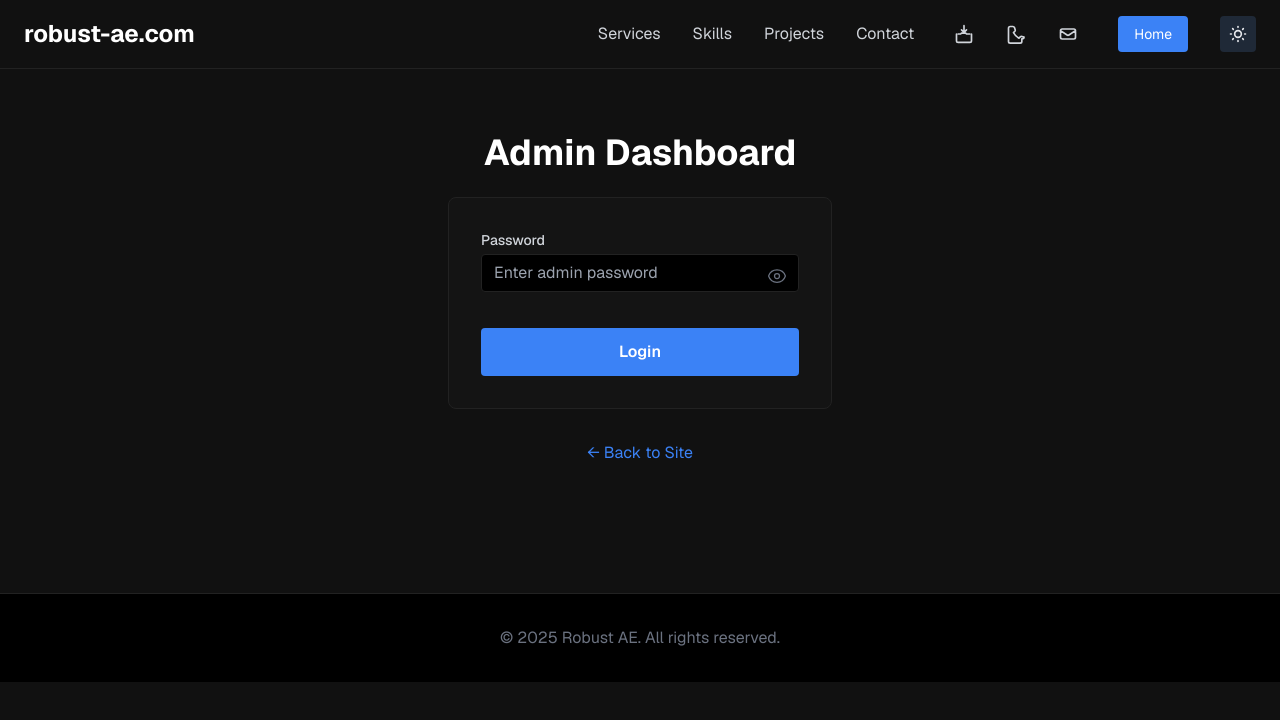
Repository: b0ase/robust-ae.com
Page: /admin
The author's editor kept a copy of each file at every save. The page is drawn from the files as they stood at one save, then again after the next save.
The browser window is 1280 px wide. The pictures show the whole page.
The page's requests for data from a server got no answer. The project was rebuilt for these pictures with package versions that can differ from the ones it lists, and the page was loaded fresh each time. The framework's server and built-in components were replaced by stand-ins that run in the browser. No one was signed in, and anything a server would have sent is missing. Also part of the build but not shown: next.config.ts.

Above is the page before, as saved 2025-05-05 16:36:47.

### src/app/layout.tsx
import type { Metadata } from "next";
import { Geist, Geist_Mono, Roboto_Mono } from "next/font/google";
import "./globals.css";
// import Providers from "./providers"; // Ensure this import is removed or commented out

const geistSans = Geist({
  variable: "--font-geist-sans",
  subsets: ["latin"],
});

const geistMono = Geist_Mono({
  variable: "--font-geist-mono",
  subsets: ["latin"],
});

const robotoMono = Roboto_Mono({
  variable: "--font-roboto-mono",
  subsets: ["latin"],
  weight: ["400", "700"]
});

export const metadata: Metadata = {
  title: "Robust AE - Automation & Embedded Systems",
  description: "Robust AE Ltd offers expert embedded systems development, industrial automation solutions, and prototyping services.",
};

export default function RootLayout({
  children,
}: Readonly<{
  children: React.ReactNode;
}>) {
  return (
    <html lang="en">
      {/* Ensure no Provider wrapper here */}
      <body className={`${geistSans.variable} ${geistMono.variable} ${robotoMono.variable} antialiased`}>
        {children}
      </body>
    </html>
  );
}

### src/app/admin/layout.tsx
import SharedLayout from '../shared-layout';

export default function AdminLayout({ children }: { children: React.ReactNode }) {
  // You might want to add admin-specific checks or context here later
  return <SharedLayout>{children}</SharedLayout>;
}

### src/app/globals.css
@tailwind base;
@tailwind components;
@tailwind utilities;

/* Custom styles below */
:root {
  --background: #000000;  /* Pure black background */
  --foreground: #ffffff;
}

/* Override default dark mode preferences */
@media (prefers-color-scheme: dark) {
  :root {
    --background: #000000;
    --foreground: #ffffff;
  }
}

body {
  background: var(--background);
  color: var(--foreground);
  font-family: var(--font-geist-sans, Arial, Helvetica, sans-serif);
}

/* Custom link styling */
a {
  transition: color 0.2s ease;
}

/* Custom blue accent color to match b0ase.com */
.accent-blue {
  color: #0141ff;
}

/* Service card styling */
.service-card {
  transition: transform 0.2s ease, box-shadow 0.2s ease;
}

.service-card:hover {
  transform: translateY(-3px);
}

### src/app/shared-layout.tsx
"use client"; // Mark as Client Component for theme state

import React, { useState, useEffect } from 'react';
import Link from 'next/link';

// This component defines the shared structure (header, footer, theme)
export default function SharedLayout({ children }: { children: React.ReactNode }) {
  // State for theme management - default to dark to match b0ase.com
  const [theme, setTheme] = useState('dark');

  // Effect to apply theme class and set initial state
  useEffect(() => {
    if (theme === 'dark') {
      document.documentElement.classList.add('dark');
    } else {
      document.documentElement.classList.remove('dark');
    }
    // Optional: Save theme preference to localStorage if needed
  }, [theme]);

  // Function to toggle theme
  const toggleTheme = () => {
    setTheme(theme === 'light' ? 'dark' : 'light');
  };

  return (
    <div className="bg-b0ase-dark text-gray-300 min-h-screen">
      {/* Header Section */}
      <header className="sticky top-0 z-50 bg-b0ase-dark border-b border-b0ase-card-border">
        <nav className="container mx-auto px-6 py-4 flex justify-between items-center">
          <div>
            <Link href="/newsite" className="text-2xl font-bold font-[var(--font-roboto-mono)] text-white hover:text-b0ase-blue transition-colors">
              robust-ae.com
            </Link>
          </div>
          <div className="flex items-center space-x-8">
            <Link href="#services" className="text-gray-300 hover:text-white">Services</Link>
            <Link href="#skills" className="text-gray-300 hover:text-white">Skills</Link>
            <Link href="#projects" className="text-gray-300 hover:text-white">Projects</Link>
            <Link href="#contact" className="text-gray-300 hover:text-white">Contact</Link>

            {/* Icon links */}
            <div className="flex items-center space-x-4">
              {/* Download CV icon */}
              <a href="/images/logos/George_Haworth_CV_23042025.pdf" download className="p-2 rounded hover:text-white" title="Download CV">
                <svg xmlns="http://www.w3.org/2000/svg" className="h-5 w-5" fill="none" viewBox="0 0 24 24" stroke="currentColor">
                  <path strokeLinecap="round" strokeLinejoin="round" strokeWidth={2} d="M12 2v8m0 0l-3-3m3 3l3-3M21 12v8a2 2 0 01-2 2H5a2 2 0 01-2-2v-8m16 0h-4l-1-1H9l-1 1H5" />
                </svg>
              </a>
              {/* Phone icon */}
              <a href="tel:07447544890" className="p-2 rounded hover:text-white" title="Call: 07447 544 890">
                <svg xmlns="http://www.w3.org/2000/svg" className="h-5 w-5" fill="none" viewBox="0 0 24 24" stroke="currentColor">
                  <path strokeLinecap="round" strokeLinejoin="round" strokeWidth={2} d="M3 5a2 2 0 012-2h3.28a2 2 0 011.89 1.316l.834 2.503a2 2 0 01-.45 2.005l-1.562 1.562a16.06 16.06 0 006.586 6.586l1.562-1.562a2 2 0 012.005-.45l2.503.834A2 2 0 0119 17.72V21a2 2 0 01-2 2H5a2 2 0 01-2-2v-3.28z" />
                </svg>
              </a>
              {/* Email icon */}
              <a href="mailto:info@robust-ae.com" className="p-2 rounded hover:text-white" title="Email: info@robust-ae.com">
                <svg xmlns="http://www.w3.org/2000/svg" className="h-5 w-5" fill="none" viewBox="0 0 24 24" stroke="currentColor">
                  <path strokeLinecap="round" strokeLinejoin="round" strokeWidth={2} d="M3 8l7.89 5.26a2 2 0 002.22 0L21 8m0 8a2 2 0 01-2 2H5a2 2 0 01-2-2V8a2 2 0 012-2h14a2 2 0 012 2v8z" />
                </svg>
              </a>
            </div>

            <Link href="/" className="bg-b0ase-blue text-white text-sm px-4 py-2 rounded hover:bg-opacity-80 transition">Home</Link>

            {/* Theme Toggle Button */}
            <button
              onClick={toggleTheme}
              className="p-2 rounded bg-gray-800 hover:bg-gray-700 transition"
              aria-label="Toggle theme"
            >
              {theme === 'light' ? (
                <svg xmlns="http://www.w3.org/2000/svg" className="h-5 w-5 text-gray-200" fill="none" viewBox="0 0 24 24" stroke="currentColor"><path strokeLinecap="round" strokeLinejoin="round" strokeWidth={2} d="M20.354 15.354A9 9 0 018.646 3.646 9.003 9.003 0 0012 21a9.003 9.003 0 008.354-5.646z" /></svg>
              ) : (
                <svg xmlns="http://www.w3.org/2000/svg" className="h-5 w-5 text-gray-200" fill="none" viewBox="0 0 24 24" stroke="currentColor"><path strokeLinecap="round" strokeLinejoin="round" strokeWidth={2} d="M12 3v1m0 16v1m9-9h-1M4 12H3m15.364 6.364l-.707-.707M6.343 6.343l-.707-.707m12.728 0l-.707.707M6.343 17.657l-.707.707M16 12a4 4 0 11-8 0 4 4 0 018 0z" /></svg>
              )}
            </button>
          </div>
        </nav>
      </header>

      {/* Render the actual page content here */}
      <main>{children}</main>

      {/* Footer Section */}
      <footer className="bg-black text-gray-500 py-8 mt-16 border-t border-b0ase-card-border">
        <div className="container mx-auto text-center">
          <p>© {new Date().getFullYear()} Robust AE. All rights reserved.</p>
        </div>
      </footer>
    </div>
  );
}

### src/lib/supabaseClient.ts
import { createClient } from '@supabase/supabase-js';

// Supabase credentials from environment variables
const supabaseUrl = process.env.NEXT_PUBLIC_SUPABASE_URL!;
const supabaseAnonKey = process.env.NEXT_PUBLIC_SUPABASE_ANON_KEY!;

// Create a single supabase client for use in server/client
export const supabase = createClient(supabaseUrl, supabaseAnonKey);

### tailwind.config.ts
import type { Config } from "tailwindcss";

const config: Config = {
  content: [
    "./src/pages/**/*.{js,ts,jsx,tsx,mdx}",
    "./src/components/**/*.{js,ts,jsx,tsx,mdx}",
    "./src/app/**/*.{js,ts,jsx,tsx,mdx}",
  ],
  darkMode: "class", // Enable class-based dark mode
  theme: {
    extend: {
      colors: {
        'b0ase-blue': '#3b82f6',
        'b0ase-dark': '#111111',
        'b0ase-card': '#141414',
        'b0ase-card-border': '#222222',
        'b0ase-gray': {
          400: '#a3a3a3',
          500: '#737373',
          600: '#525252',
          700: '#404040',
          800: '#262626',
          900: '#171717',
        }
      },
      backgroundImage: {
        "gradient-radial": "radial-gradient(var(--tw-gradient-stops))",
        "gradient-conic":
          "conic-gradient(from 180deg at 50% 50%, var(--tw-gradient-stops))",
      },
    },
  },
  plugins: [],
};
export default config;

Loaded but not shown: src/app/admin/page.tsx (895 lines, source omitted)

After the next save:
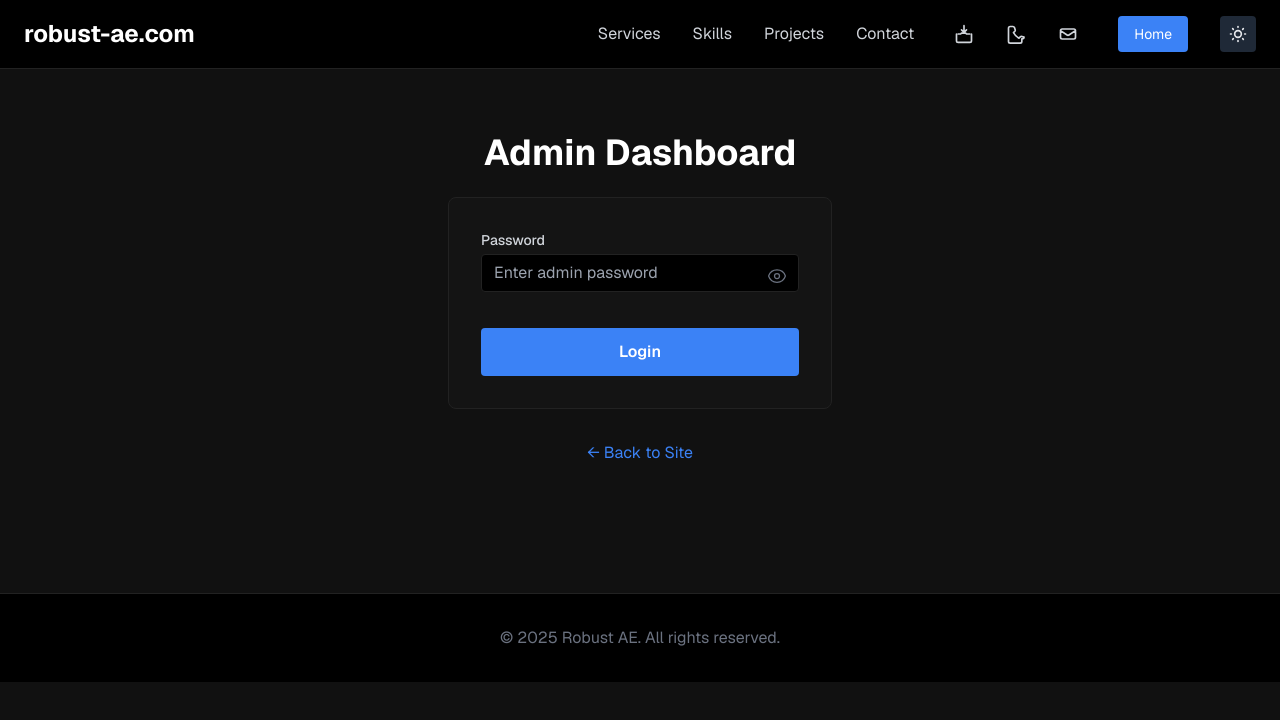
Saved 2 min 0 s later.
--- a/src/app/shared-layout.tsx
+++ b/src/app/shared-layout.tsx
@@ -26,7 +26,7 @@
   return (
     <div className="bg-b0ase-dark text-gray-300 min-h-screen">
       {/* Header Section */}
-      <header className="sticky top-0 z-50 bg-b0ase-dark border-b border-b0ase-card-border">
+      <header className="sticky top-0 z-50 bg-black border-b border-b0ase-card-border">
         <nav className="container mx-auto px-6 py-4 flex justify-between items-center">
           <div>
             <Link href="/newsite" className="text-2xl font-bold font-[var(--font-roboto-mono)] text-white hover:text-b0ase-blue transition-colors">
